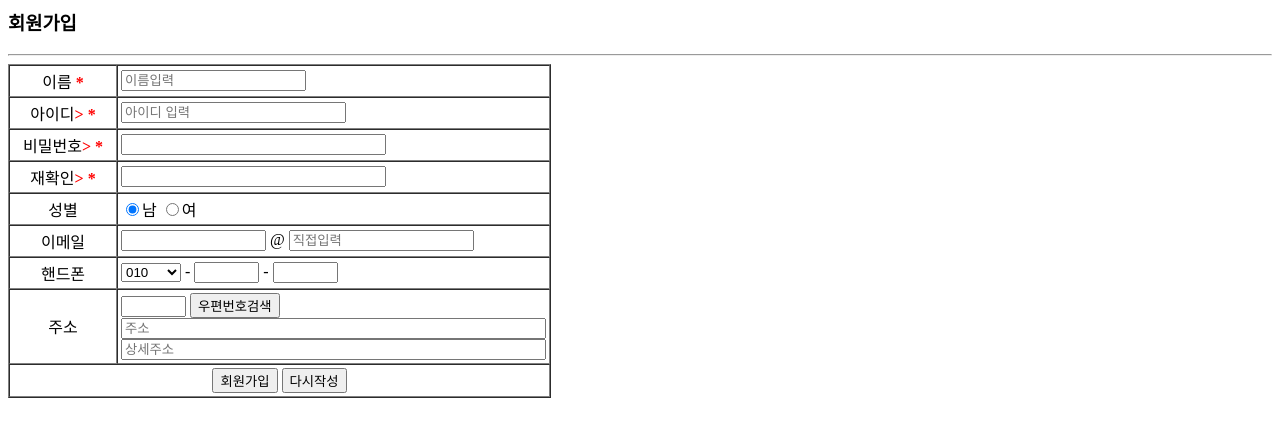
Repository: woodddd/spring
Page: http://localhost/SpringMVC/member/writeForm.jsp
The author's editor kept a copy of each file at every save. The page is drawn from the files as they stood at one save, then again after the next save.
The browser window is 1280 px wide. The pictures show the whole page.
The page is served by Tomcat 9. Nobody is signed in. The application's start-up code is not run. Other server files are loaded and not shown.

Above is the page before, as saved 2021-02-18 07:02:32.

### workspace/SpringMVC/src/main/webapp/member/writeForm.jsp
<%@ page language="java" contentType="text/html; charset=UTF-8"
    pageEncoding="UTF-8"%>


<form name="writeForm" method="post" action="/spring/member/write">
<h3>회원가입</h3>
<hr>
<table border="1" cellpadding="3" cellspacing="0">
<tr>
	<td width="100" align="center">이름<span style="color:red; font-weight:bold;">&nbsp;*</span></td>
	<td>
		<input type="text" id="name" name="name" placeholder="이름입력">
		<div id="nameDiv"></div>
	</td>
</tr>

<tr>
	<td align="center">아이디<span style="color:red; font-weight:bold;">>&nbsp;*</span></td>
	<td>
		<input type="text" id="id" name="id" size="25" placeholder="아이디 입력">
		<input type="hidden" id="check" value="">
		<div id="idDiv"></div>
	</td>
</tr>

<tr>
	<td align="center">비밀번호<span style="color:red; font-weight:bold;">>&nbsp;*</span></td>
	<td>
		<input type="password" name="pwd" id="pwd" size="30">
		<div id="pwdDiv"></div>
	</td>

</tr>

<tr>
	<td align="center">재확인<span style="color:red; font-weight:bold;">>&nbsp;*</span></td>
	<td>
		<input type="password" name="repwd" id="repwd" size="30">
		<div id="repwdDiv"></div>
	</td>
</tr>

<tr>
	<td align="center">성별</td>
	<td>
		<input type="radio" name="gender" value="0" checked>남
		<input type="radio" name="gender" value="1">여
	</td>
</tr>

<tr>
	<td align="center">이메일</td>
	<td>
		<input type="text" name="email1" size="15">
		@
		<input type="email" name="email2" list="email2" placeholder="직접입력">
		<datalist id="email2">
			<option value="gmail.com">
			<option value="naver.com">
			<option value="hanmail.net">
		</datalist>
	</td>
</tr>

<tr>
	<td align="center">핸드폰</td>
	<td>
	<select name="tel1" style="width: 60px;">
		<option value="010">010
		<option value="011">011
		<option value="019">019
	</select>
	 -
	 <input type="text" name="tel2" size="5">
	 -
	 <input type="text" name="tel3" size="5"></td>
</tr>

<tr>
	<td align="center">주소</td>
	<td>
		<input type="text" id="postcode" name="zipcode" size="5" readonly>
		<input type="button" value="우편번호검색" id="checkPostBtn"><br>
		<input type="text" id="address" name="addr1" size="50"  readonly placeholder="주소"><br>
		<input type="text" id="detailAddress" name="addr2" size="50" placeholder="상세주소">
	</td>
</tr>

<tr>
	<td colspan="2" align="center">
	<input type="button" id="writeBtn" value="회원가입">
	<input type="reset" value="다시작성">
</tr>
</table>
</form>
<script type="text/javascript" src="https://code.jquery.com/jquery-3.5.1.min.js"></script>
<script type="text/javascript" src="../js/member.js"></script>

### workspace/SpringMVC/src/main/webapp/js/member.js
//회원가입
$('#writeBtn').click(function(){
	$('#nameDiv').empty();
	$('#idDiv').empty();
	$('#pwdDiv').empty();
	$('#repwdDiv').empty();

	//if($('#name').val()==''){
	if($('input[id=name]').val()==''){//위와 동일한 방식
		$('#nameDiv').text('이름을 입력해주세요.')
		$('#nameDiv').css('color','red');
		$('#nameDiv').css('font-size','8pt');
		$('#nameDiv').css('font-weight','bold');

	}else if($('#id').val()==''){
		$('#idDiv').text('아이디를 입력해주세요')
		$('#idDiv').css('color','red');
		$('#idDiv').css('font-size','8pt');
		$('#idDiv').css('font-weight','bold');

	//}else if($('#pwd').val()==''){ id속성을 생성하지 않고 name 으로 하는 방법
	}else if($('#pwd').val()==''){//$('태그명[name=변수명]')
		$('#pwdDiv').text('비밀번호를 입력해주세요')
		$('#pwdDiv').css('color','red');
		$('#pwdDiv').css('font-size','8pt');
		$('#pwdDiv').css('font-weight','bold');

	}else if($('#repwd').val()!=$('#pwd').val()){
		$('#repwdDiv').text('비밀번호가 맞지 않습니다')
		$('#repwdDiv').css('color','red');
		$('#repwdDiv').css('font-size','8pt');
		$('#repwdDiv').css('font-weight','bold');
	}else if($('#id').val() != $('#check').val()){
		$('#idDiv').text('중복체크를 해주세요')
		$('#idDiv').css('color','red');
		$('#idDiv').css('font-size','8pt');
		$('#idDiv').css('font-weight','bold');
	}else{

		$('form[name=writeForm]').submit();
	}
});

//중복 아이디 체크.(중복체크버튼 제거했음)
$('#id').focusout(function(){
	if($('#id').val()==''){
		$('#idDiv').text('먼저 아이디를 입력하세요')
		$('#idDiv').css('color','magenta')
		$('#idDiv').css('font-size','8pt')
		$('#idDiv').css('font-weight','bold');

	}else{
		$.ajax({
			type: 'post',
			url: '/spring/member/checkId',
			data: 'id='+$('#id').val(),
			dataType: 'text',
			success: function(data){
				if(data == 'exist'){
					$('#idDiv').text('사용 불가능')
					$('#idDiv').css('color','magenta')
					$('#idDiv').css('font-size','8pt')
					$('#idDiv').css('font-weight','bold');

				}else if(data == 'non_exist'){
					$('#check').val($('#id').val());

					$('#idDiv').text('사용 가능')
					$('#idDiv').css('color','blue')
					$('#idDiv').css('font-size','8pt')
					$('#idDiv').css('font-weight','bold');
				}
			}
		});
	}
});

//우편번호

$('#checkPostBtn').click(function(){
	window.open("/spring/member/checkPost","zipcode","width=700 height=500 scrollbars=yes");
});

$('#checkPostSearchBtn').click(function(){
	$.ajax({
		type: 'post',
		url: '/spring/member/checkPostSearch',
		data: $('#checkPostForm').serialize() ,
		dataType: 'json',
		success: function(data){
			//alert(JSON.stringify(data));
			$('#checkPostTable tr:gt(2)').remove();

			$.each(data.list,function(index,items){
				var address = items.sido+' '
							+ items.sigungu+' '
							+ items.yubmyundong+' '
							+ items.ri+' '
							+ items.roadname+' '
							+ items.buildingname;

				address = address.replace(/null/g, '') //정규식 표현법 !  -  null이라는 글자를 전체에서 찾아서 ''으로 변환하겠다.

				$('<tr/>').append($('<td/>',{
					align: 'center',
					text: items.zipcode

				})).append($('<td/>',{
					colspan: '3',
					}).append($('<a/>',{
						href: '#',
						id: 'addressA',
						text: address
					}))
				).appendTo($('#checkPostTable'));
			});//each

			$('a').click(function(){//a태그가 클릭될때,
				//this - a 태그중 클릭된 a 태그
				//alert($(this).prop('tagName'));

				//prop - javascript property를 취급한다
				//선택된 요소의 속성과 값을 설정하거나 리턴합니다.
				//$(this).parent() => td

				//alert($(this).parent().prev()); - > 부모노드의 td중 이전 td의 값

				//alert($(this).parent().prev().text()); // 위의 태그 값찍기.

				$('#postcode', opener.document).val($(this).parent().prev().text()); //$('#postcode', opener.document) 열려있는 창들중에 id가 postcode인 태그.
				//a태그의 부모태그인 td태그의 이전태그의 text.
				$('#address', opener.document).val($(this).text());//a태그의 텍스트
				$('#detailAddress', opener.document).focus(); //jquery 의 문법을 사용. ajax 는 parentNode 와 같이 사용을 한다.
				window.close();
			});

		},
		error: function(err){
			console.log(err);
		}
	});
});//serialize() - id가 checkPostForm 인 태그의 name 변수를 넘겨달라. 'sido='+$('#sido').val() + '&sigungu=' + $('sigungu').val() ... 로 넘어감.


//회원정보 수정
$('#modifyBtn').click(function(){
	$('#nameDiv').empty();
	$('#pwdDiv').empty();
	$('#repwdDiv').empty();

	if($('#name').val()==''){
		$('#nameDiv').text('이름을 입력')
		$('#nameDiv').css('color','red');
		$('#nameDiv').css('font-size','8pt');
		$('#nameDiv').css('font-weight','bold');

	}else if($('input[name=pwd]').val()==''){//$('태그명[name=변수명]')
		$('#pwdDiv').text('비밀번호를 입력')
		$('#pwdDiv').css('color','red');
		$('#pwdDiv').css('font-size','8pt');
		$('#pwdDiv').css('font-weight','bold');

	}else if($('input[name=repwd]').val()!=$('input[name=pwd]').val()){
		$('#repwdDiv').text('비밀번호가 맞지 않습니다')
		$('#repwdDiv').css('color','red');
		$('#repwdDiv').css('font-size','8pt');
		$('#repwdDiv').css('font-weight','bold');
	}else{
		$.ajax({
			type: 'post',
			url: '/spring/member/modify',
			data: $('#modifyForm').serialize() ,
			success: function(){
				alert('회원정보 수정 완료');
				location.href='/spring/index.jsp';
			},
			error: function(err){
				console.log(err);
			}
		});
	}
});

After the next save:
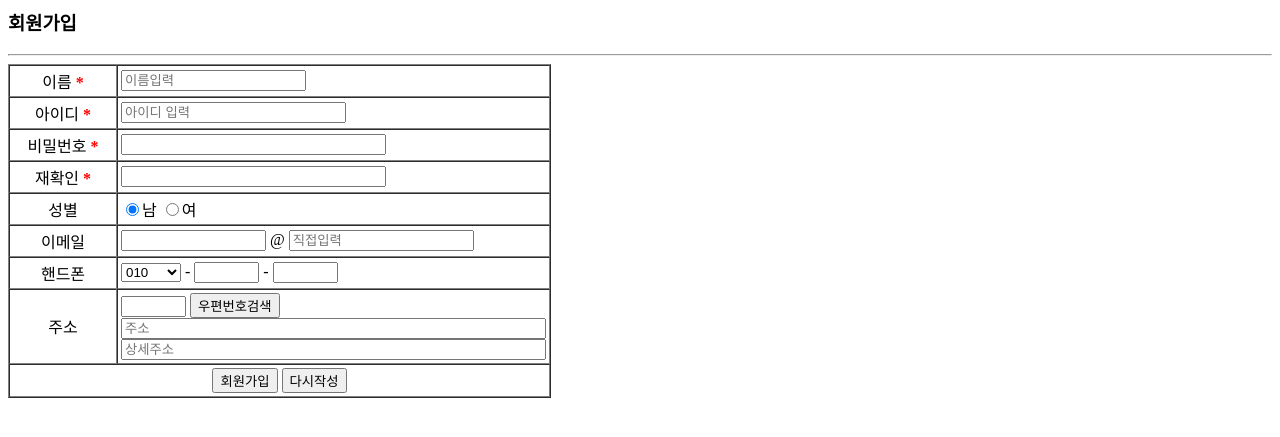
Saved 23 s later.
--- a/workspace/SpringMVC/src/main/webapp/member/writeForm.jsp
+++ b/workspace/SpringMVC/src/main/webapp/member/writeForm.jsp
@@ -15,7 +15,7 @@
 </tr>
 
 <tr>
-	<td align="center">아이디<span style="color:red; font-weight:bold;">>&nbsp;*</span></td>
+	<td align="center">아이디<span style="color:red; font-weight:bold;">&nbsp;*</span></td>
 	<td>
 		<input type="text" id="id" name="id" size="25" placeholder="아이디 입력">
 		<input type="hidden" id="check" value="">
@@ -24,7 +24,7 @@
 </tr>
 
 <tr>
-	<td align="center">비밀번호<span style="color:red; font-weight:bold;">>&nbsp;*</span></td>
+	<td align="center">비밀번호<span style="color:red; font-weight:bold;">&nbsp;*</span></td>
 	<td>
 		<input type="password" name="pwd" id="pwd" size="30">
 		<div id="pwdDiv"></div>
@@ -33,7 +33,7 @@
 </tr>
 
 <tr>
-	<td align="center">재확인<span style="color:red; font-weight:bold;">>&nbsp;*</span></td>
+	<td align="center">재확인<span style="color:red; font-weight:bold;">&nbsp;*</span></td>
 	<td>
 		<input type="password" name="repwd" id="repwd" size="30">
 		<div id="repwdDiv"></div>
